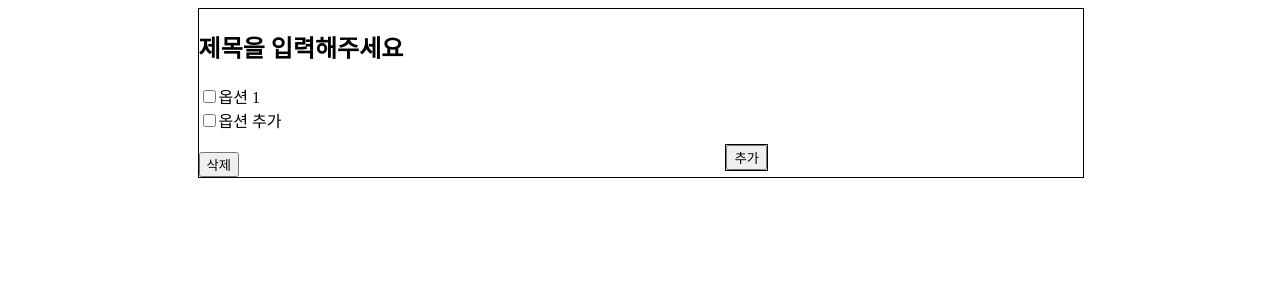
Repository: binigy97/VoteStie
Page: voteWeb/src/main/resources/static/index.html
An editor plug-in stored every save of this project. The page is shown before and after the next save, followed by the edit.
The browser window is 1280 px wide. The pictures show the whole page.

Above is the page before, as saved 2022-02-23 22:08:29.

After the next save:
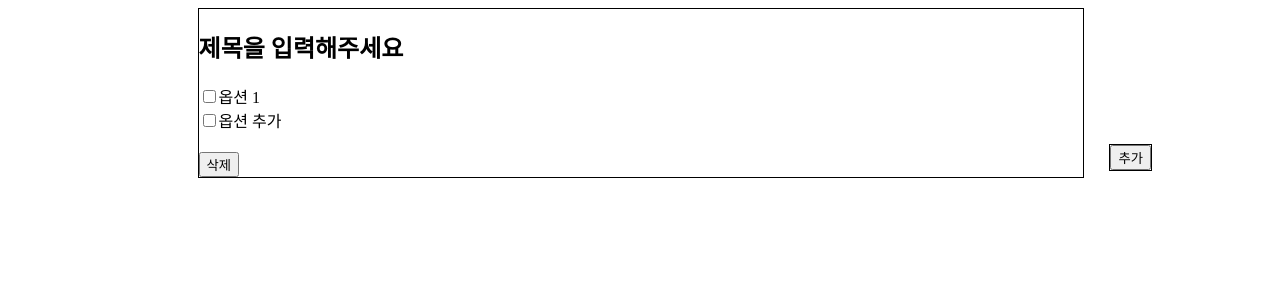
Saved 5 s later.
--- a/voteWeb/src/main/resources/static/index.html
+++ b/voteWeb/src/main/resources/static/index.html
@@ -19,7 +19,7 @@ body > article {
 	float: right;
 	position: absolute;
 	top: 20%;
-	right: 40%;
+	right: 10%;
 }
 div > label {
 	display: block;
